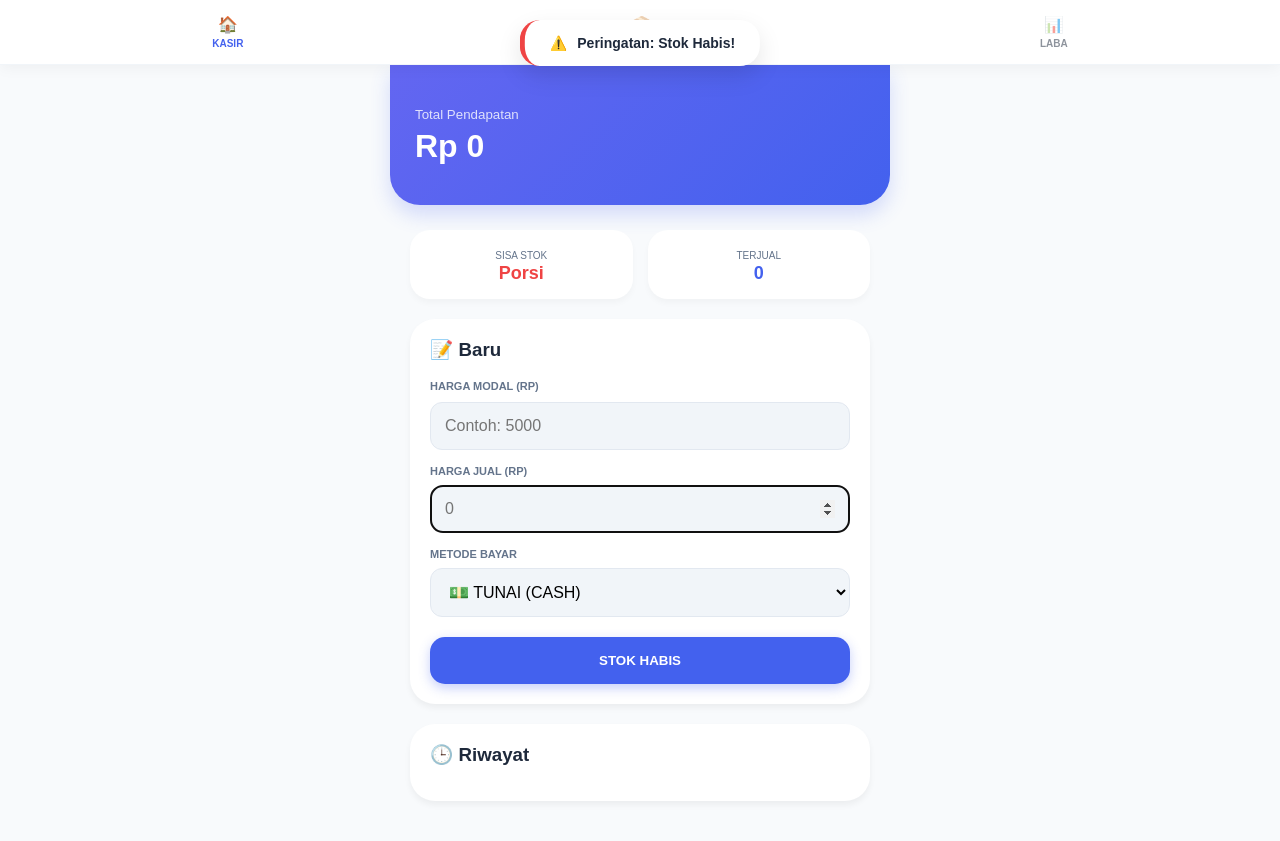
Repository: Tenno1208/bazar-app
Page: http://localhost/transaksi
An editor plug-in stored every save of this project. The page is shown before and after the next save, followed by the edit.
The browser window is 1280 px wide. The pictures show the whole page.
Some web fonts or font styles are not loaded; a fallback is used. The page is served by the project's Laravel application, run on PHP 8.4 with Laravel 12. Queries for data that is not in the repository find no rows.

Above is the page before, as saved 2026-03-27 15:30:16.

After the next save:
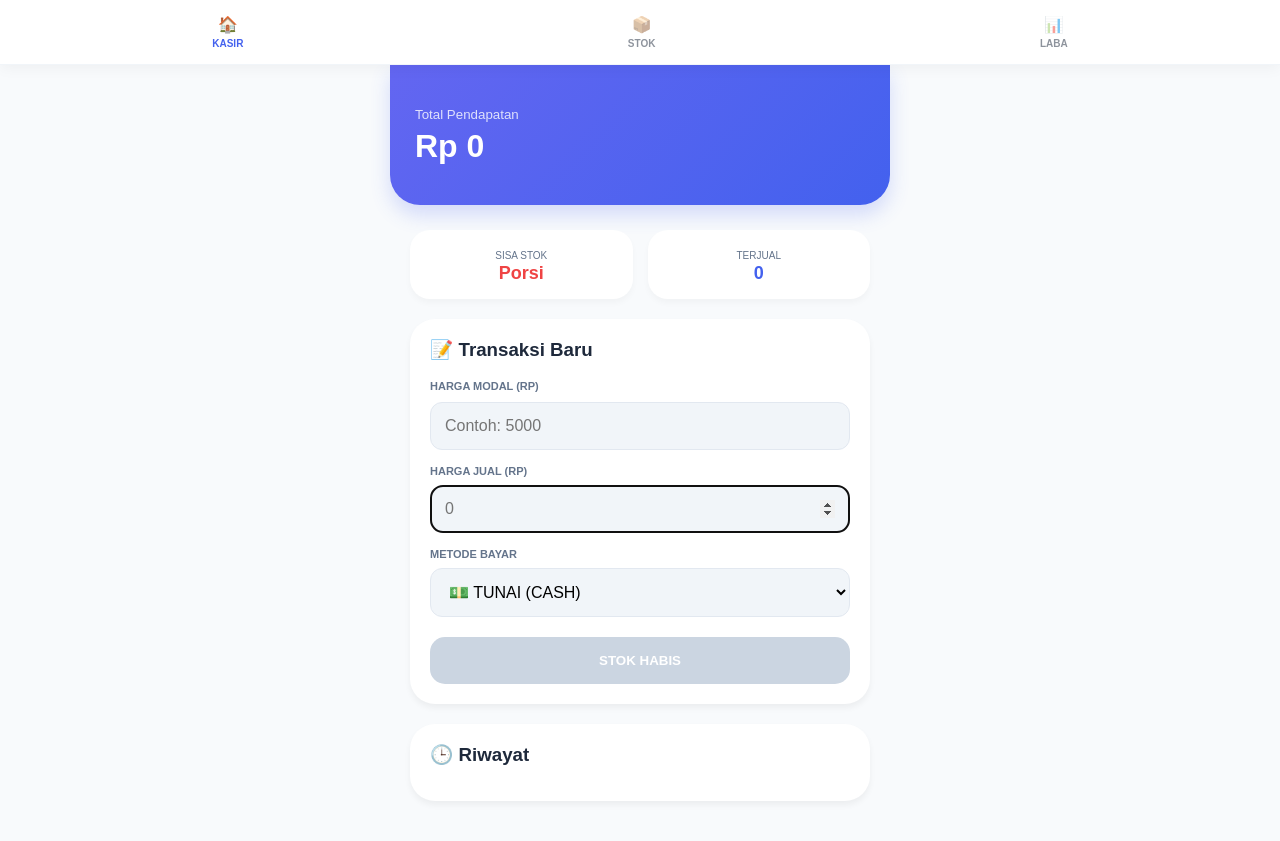
Saved 89 s later.
--- a/resources/views/dashboard.blade.php
+++ b/resources/views/dashboard.blade.php
@@ -18,9 +18,26 @@
         nav a { text-decoration: none; text-align: center; }
         nav .nav-label { font-size: 10px; font-weight: 800; display: block; margin-top: 4px; color: var(--text); }
 
-        /* Toast Alert */
-        .toast { position: fixed; top: 20px; left: 50%; transform: translateX(-50%); background: white; padding: 15px 25px; border-radius: 20px; box-shadow: 0 10px 25px rgba(0,0,0,0.1); z-index: 10001; display: flex; align-items: center; gap: 10px; font-weight: 700; font-size: 14px; animation: slideIn 0.5s forwards; border-left: 5px solid var(--primary); }
-        @keyframes slideIn { from { top: -100px; opacity: 0; } to { top: 20px; opacity: 1; } }
+        /* Toast Alert - Diperbaiki Animasinya */
+        .toast {
+            position: fixed;
+            top: 20px;
+            left: 50%;
+            transform: translateX(-50%);
+            background: white;
+            padding: 15px 25px;
+            border-radius: 20px;
+            box-shadow: 0 10px 25px rgba(0,0,0,0.1);
+            z-index: 10001;
+            display: flex;
+            align-items: center;
+            gap: 10px;
+            font-weight: 700;
+            font-size: 14px;
+            transition: all 0.5s cubic-bezier(0.68, -0.55, 0.265, 1.55);
+            border-left: 5px solid var(--primary);
+            opacity: 1;
+        }
 
         /* Splash */
         #splash { position: fixed; top: 0; left: 0; width: 100%; height: 100%; background: linear-gradient(135deg, var(--primary), var(--secondary)); display: flex; flex-direction: column; align-items: center; justify-content: center; z-index: 10000; color: white; transition: 0.8s; }
@@ -33,14 +50,19 @@
         .stat-card { background: white; padding: 15px; border-radius: 20px; text-align: center; box-shadow: 0 4px 6px rgba(0,0,0,0.03); }
         .stat-val { display: block; font-weight: 800; font-size: 18px; color: var(--primary); }
         .card { background: white; padding: 20px; border-radius: 25px; box-shadow: 0 4px 6px rgba(0,0,0,0.05); margin-bottom: 20px; }
-        input, select { width: 100%; padding: 14px; margin-top: 8px; border-radius: 12px; border: 1.5px solid #e2e8f0; background: #f1f5f9; font-size: 16px; }
+
+        input, select { width: 100%; padding: 14px; margin-top: 8px; border-radius: 12px; border: 1.5px solid #e2e8f0; background: #f1f5f9; font-size: 16px; font-family: inherit; }
+
         .btn-submit { background: var(--primary); color: white; border: none; padding: 16px; width: 100%; border-radius: 15px; font-weight: 700; margin-top: 20px; cursor: pointer; box-shadow: 0 4px 12px rgba(67, 97, 238, 0.3); transition: 0.3s; }
         .btn-submit:active { transform: scale(0.96); }
+        .btn-submit:disabled { background: #cbd5e1; cursor: not-allowed; box-shadow: none; }
+
         .history-item { display: flex; justify-content: space-between; align-items: center; padding: 15px 0; border-bottom: 1px solid #f1f5f9; }
         .badge { font-size: 10px; padding: 4px 8px; border-radius: 6px; font-weight: 800; }
         .qris { background: #dcfce7; color: #166534; }
         .cash { background: #f1f5f9; color: #475569; }
-        .btn-del { background: #fff1f2; color: #e11d48; border: none; padding: 8px 12px; border-radius: 10px; margin-left: 10px; font-weight: bold; }
+        .btn-del { background: #fff1f2; color: #e11d48; border: none; padding: 8px 12px; border-radius: 10px; margin-left: 10px; font-weight: bold; cursor: pointer; }
+
         .modal { position: fixed; top: 0; left: 0; width: 100%; height: 100%; background: rgba(0,0,0,0.85); backdrop-filter: blur(5px); display: flex; align-items: center; justify-content: center; z-index: 9999; }
         .m-card { background: white; width: 85%; max-width: 350px; border-radius: 30px; padding: 25px; text-align: center; }
     </style>
@@ -48,14 +70,14 @@
 <body>
 
     @if(session('success'))
-    <div class="toast" id="toast-success" style="border-left-color: var(--success);">
+    <div class="toast animate-toast" style="border-left-color: var(--success);">
         <span>✅</span> {{ session('success') }}
     </div>
     @endif
 
     @if(session('error') || $stok <= 0)
-    <div class="toast" id="toast-error" style="border-left-color: var(--danger);">
-        <span>⚠️</span> {{ session('error') ?? 'Peringatan: Stok Habis!' }}
+    <div class="toast animate-toast" style="border-left-color: var(--danger);">
+        <span>⚠️</span> {{ session('error') ?? 'Stok Habis!' }}
     </div>
     @endif
 
@@ -88,10 +110,11 @@
         </div>
 
         <div class="card">
-            <h3 style="margin:0 0 15px 0">📝 Baru</h3>
+            <h3 style="margin:0 0 15px 0">📝 Transaksi Baru</h3>
             <form action="/tambah" method="POST">
                 @csrf
                 <input type="hidden" name="produk" value="Salad Buah">
+
                 <label style="font-size:11px; font-weight:700; color:#64748b">HARGA MODAL (RP)</label>
                 <input type="number" name="modal" placeholder="Contoh: 5000" required>
 
@@ -145,21 +168,33 @@
     @endif
 
     <script>
-        window.addEventListener('load', () => {
+        // Tunggu halaman selesai dimuat
+        document.addEventListener('DOMContentLoaded', () => {
+
+            // 1. Logic Splash Screen
             setTimeout(() => {
-                const s = document.getElementById('splash');
-                s.style.opacity = '0';
-                setTimeout(() => s.style.display = 'none', 800);
+                const splash = document.getElementById('splash');
+                if(splash) {
+                    splash.style.opacity = '0';
+                    setTimeout(() => splash.style.display = 'none', 800);
+                }
             }, 1000);
 
-            // Auto hide toast after 3 seconds
+            // 2. Logic Auto-Hide Toast (Diperbaiki)
             const toasts = document.querySelectorAll('.toast');
-            toasts.forEach(t => {
+            toasts.forEach((toast) => {
+                // Munculkan toast (sudah diatur via CSS animation slideIn)
+
+                // Set timer untuk menghapus toast
                 setTimeout(() => {
-                    t.style.opacity = '0';
-                    t.style.top = '-100px';
-                    t.style.transition = '0.5s';
-                }, 3000);
+                    toast.style.top = '-100px'; // Geser ke atas
+                    toast.style.opacity = '0';   // Hilangkan pelan-pelan
+
+                    // Benar-benar hapus dari DOM setelah animasi transisi selesai (0.5s)
+                    setTimeout(() => {
+                        toast.remove();
+                    }, 500);
+                }, 3000); // Tampil selama 3 detik
             });
         });
     </script>
